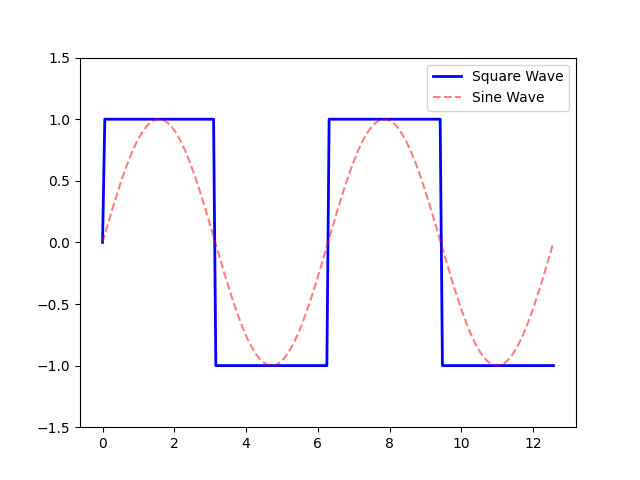
Repository: khulqu15/drone_smc_copppelia
Script's output: python py/realtime.py
An editor plug-in stored every save of this project. The script's output is shown before and after the next save, followed by the edit.
Animations are shown at an early frame. Random numbers start from a fixed seed.

Above is the script's output before, as saved 2024-06-24 00:25:28.

After the next save:
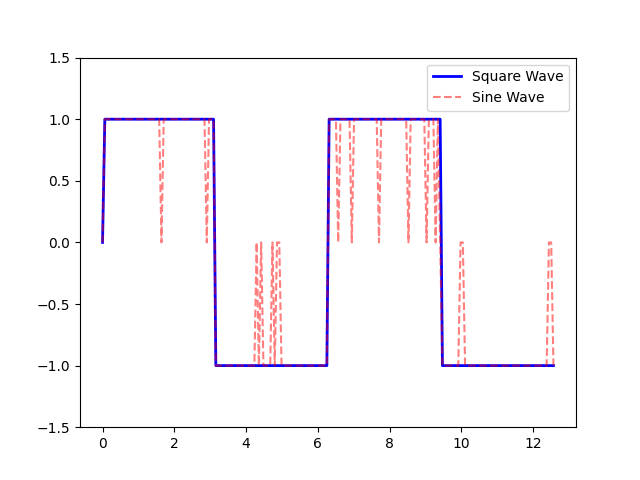
Saved 28 s later.
--- a/py/realtime.py
+++ b/py/realtime.py
@@ -23,9 +23,10 @@ def introduce_faults(square_wave, fault_probability=0.05, fault_amplitude=0):
 def update(frame):
     ys = np.sin(xs + frame / 10)
     square_ys = np.sign(ys)
+    faulty_square_ys = introduce_faults(square_ys.copy(), fault_probability=0.1, fault_amplitude=0)  # Apply faults
 
     line.set_ydata(square_ys)
-    sine_line.set_ydata(ys)
+    sine_line.set_ydata(faulty_square_ys)
     return line, sine_line
 
 ani = FuncAnimation(fig, update, frames=np.arange(0, 400, 1), interval=50, blit=False)
